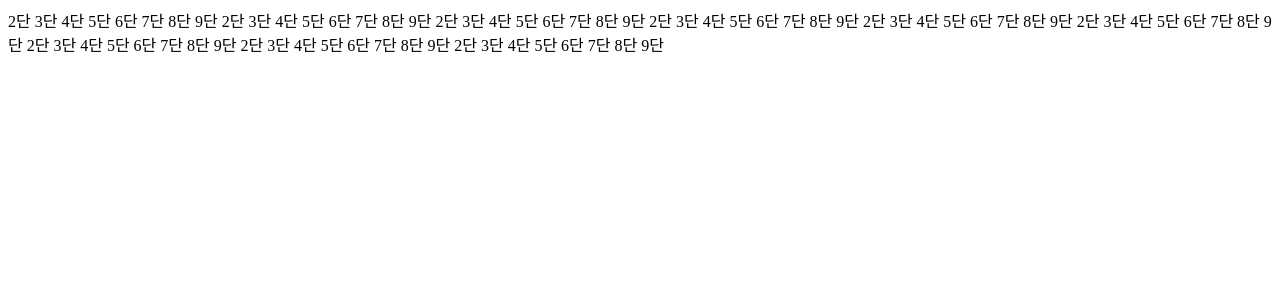
Repository: sieoh/2024html-
Page: http://localhost/jspweb_07/HW_07_이시연.jsp
These files come from the project's save history. The page is drawn as it stood at one moment and after a run of saves; the edit follows.
The browser window is 1280 px wide. The pictures show the whole page.
The page is served by Tomcat 9. Other server files are loaded and not shown.

Above is the page before, as saved 2024-01-11 02:31:26.

### workspace_sts/jspweb_07/src/main/webapp/HW_07_이시연.jsp
<%@ page language="java" contentType="text/html; charset=UTF-8"
    pageEncoding="UTF-8"%>
<!DOCTYPE html>
<html>
<head>
<meta charset="UTF-8">
<title>Insert title here</title>
</head>
<body>
	<%
		for(int i=1;i<10;i++) {
			for(int j=2;j<10;j++) {
				out.println(j+"단");
			}
		}
	%>
	<table>
		<tr>
			<th></th>
		</tr>
	</table>
</body>
</html>

After the next 2 saves:
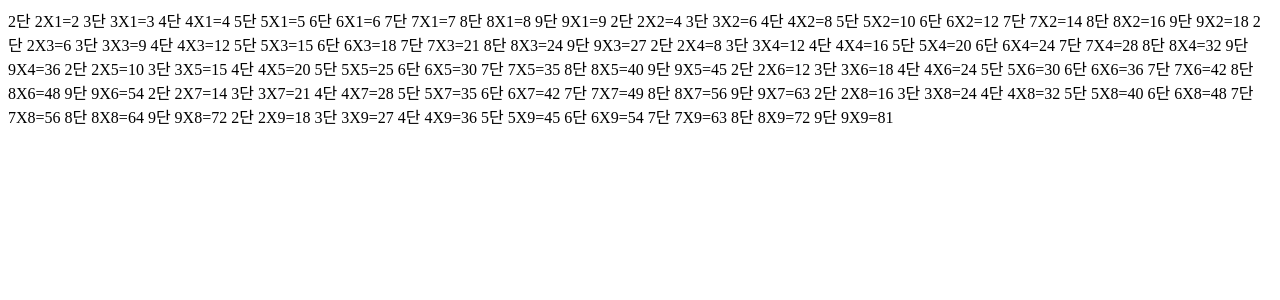
The 2 saves are shown as one change because 1 did not build or start.
The last was saved 55 s later.
--- a/workspace_sts/jspweb_07/src/main/webapp/HW_07_이시연.jsp
+++ b/workspace_sts/jspweb_07/src/main/webapp/HW_07_이시연.jsp
@@ -11,6 +11,7 @@
 		for(int i=1;i<10;i++) {
 			for(int j=2;j<10;j++) {
 				out.println(j+"단");
+				out.println(j+"X"+i+"="+j*i);
 			}
 		}
 	%>
